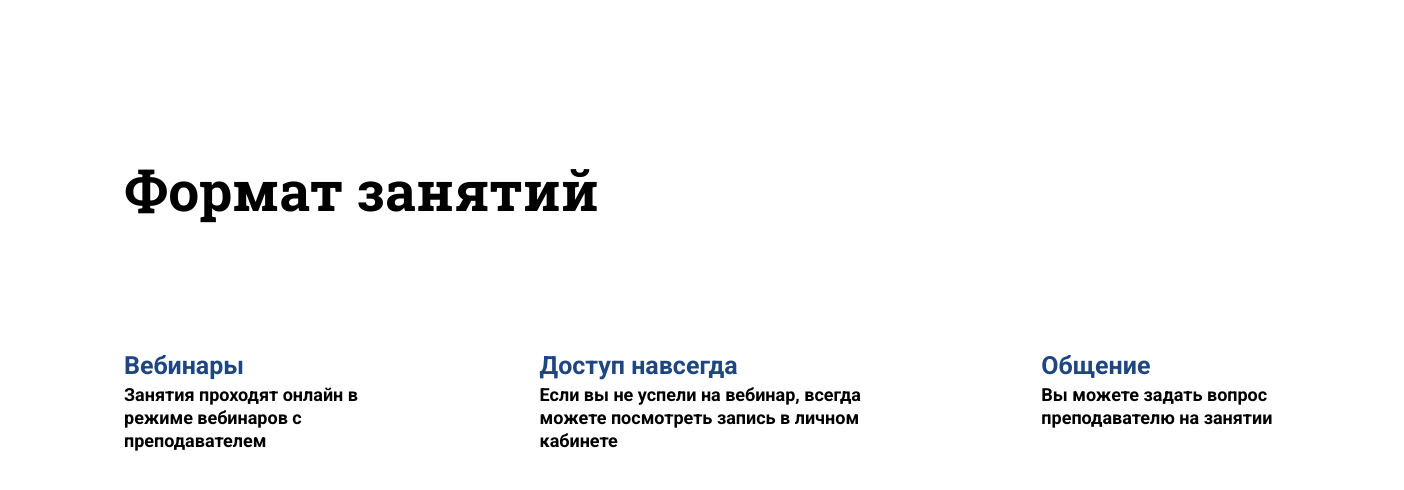
Repository: PoladEziz/Task2
Page: index.html
These files come from the project's save history. The page is drawn as it stood at one moment and after the next save; the edit follows.
The browser window is 1280 px wide. The page is 1404 px wide, so the pictures cover 1404 px, including what lies to the right of the window. The pictures show the whole page.

Above is the page before, as saved 2023-05-04 17:25:16.

After the next save:
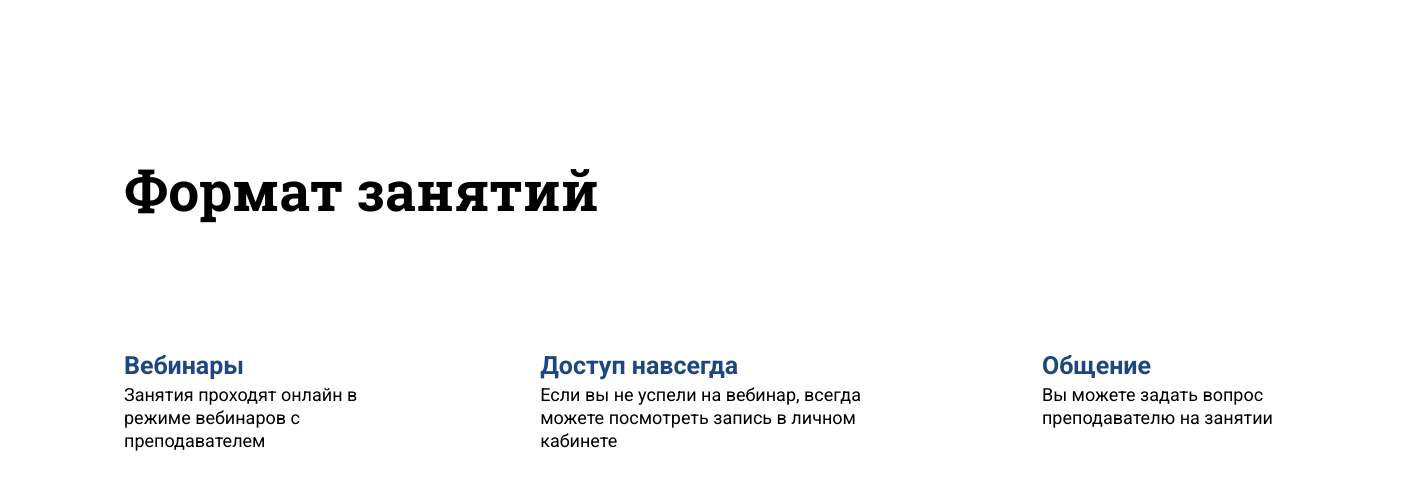
Saved 78 s later.
--- a/index.css
+++ b/index.css
@@ -1,4 +1,5 @@
 @import url('https://fonts.googleapis.com/css2?family=Roboto+Slab:wght@700&family=Roboto:wght@700&display=swap');
+@import url('https://fonts.googleapis.com/css2?family=Roboto&family=Roboto+Slab:wght@700&display=swap');
 
 * {
     margin: 0;
